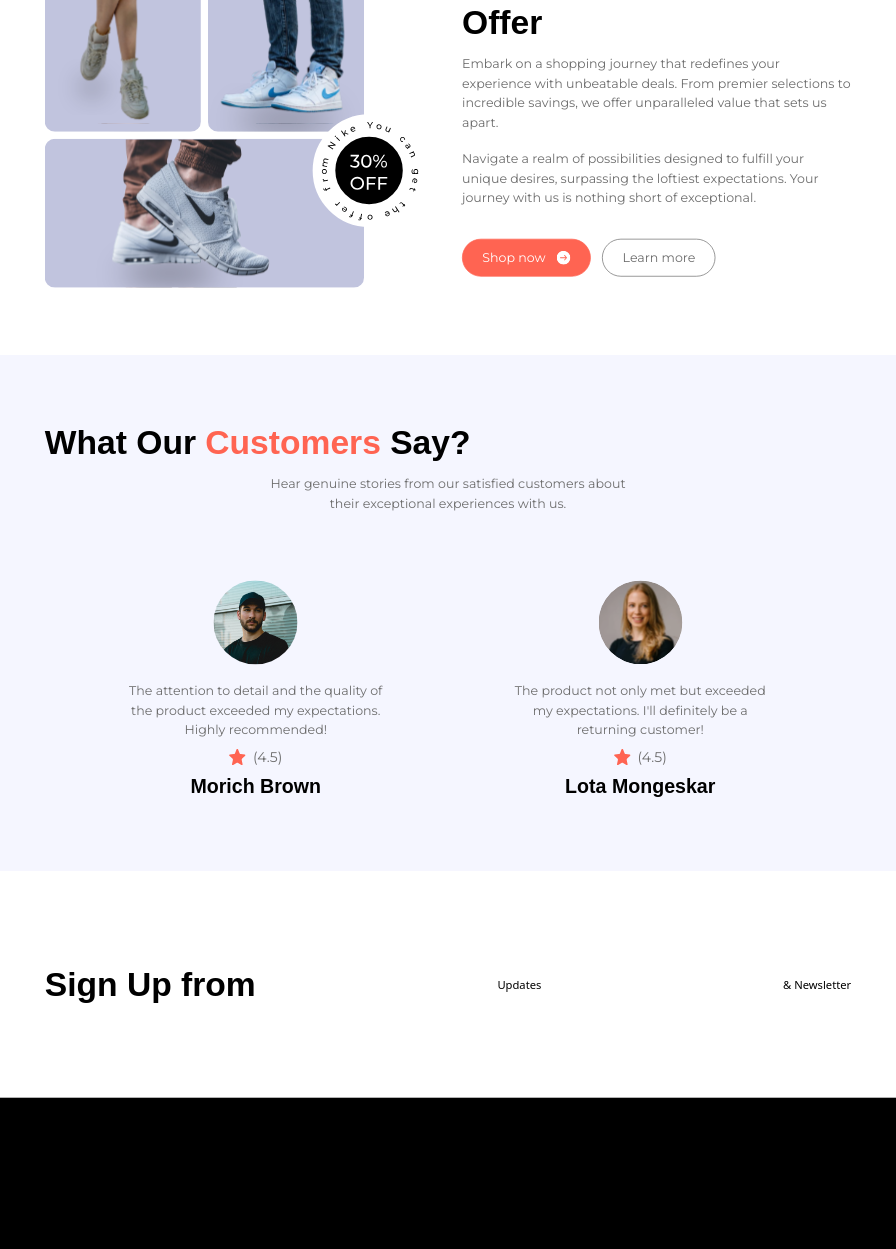
Repository: YiWang24/Nike
Page: /
An editor plug-in stored every save of this project. The page is shown before and after the next save, followed by the edit.
The browser window is 1280 px wide. The pictures show the part of the page from y = 2943 to 4863 px (the page is 4727 px tall before and 4863 px after), at 70% of full size.
Some web fonts or font styles are not loaded; a fallback is used. The project was rebuilt for these pictures with package versions that can differ from the ones it lists, and the page was loaded fresh each time. Also part of the build but not shown: vite.config.js.

Above is the page before, as saved 2024-10-27 23:56:54.

After the next save:
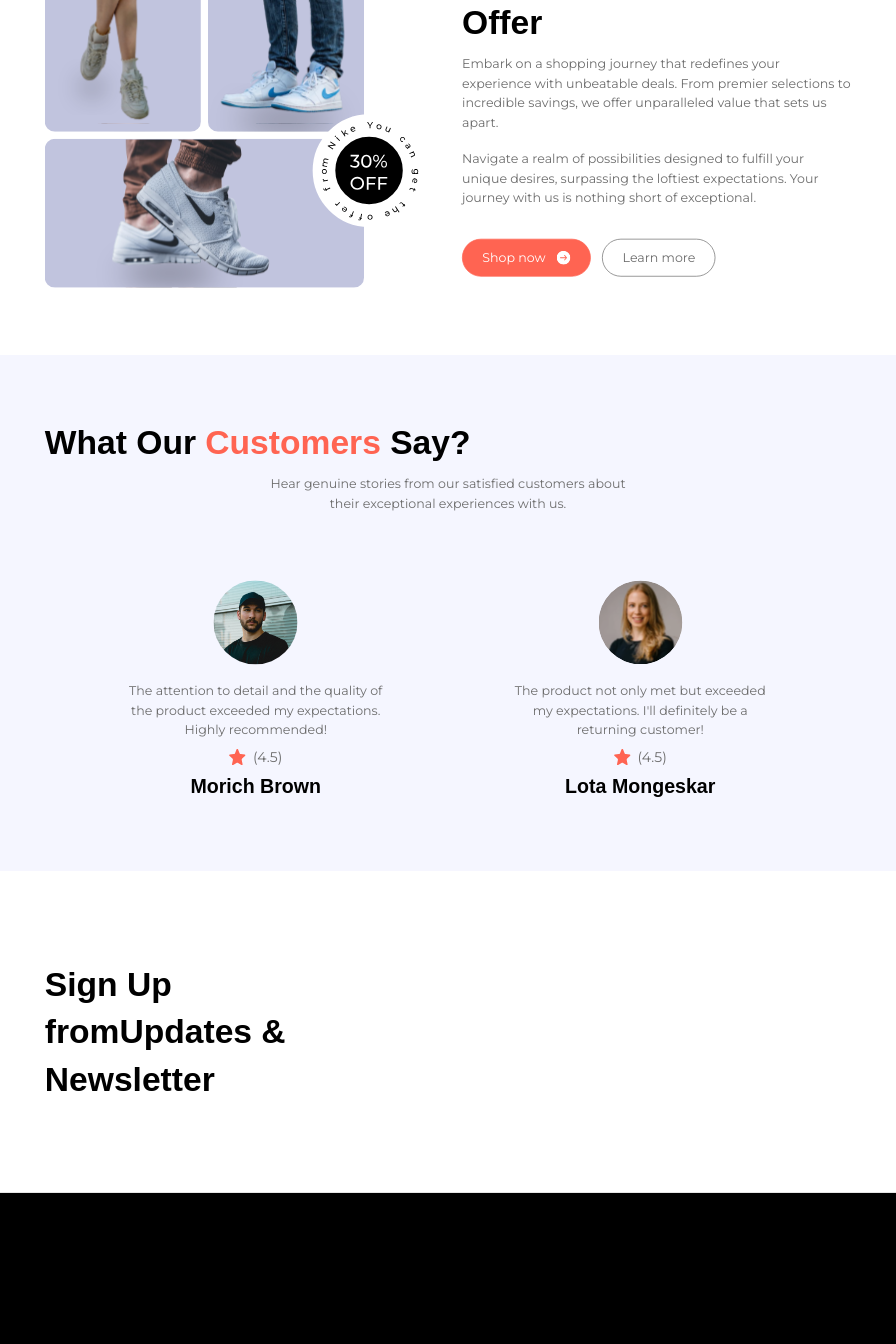
Saved 8 s later.
--- a/src/sections/Subscribe.jsx
+++ b/src/sections/Subscribe.jsx
@@ -1,12 +1,17 @@
-import React from 'react'
+import React from "react";
 
 const Subscribe = () => {
   return (
-    <section className='max-container flex justify-between items-center max-lg:flex-col gap-10' id="contact-us">
-      <h3 className="text-4xl leading-[68px] lg:max-w-md font-palanquin font-bold">Sign Up from</h3>
-      <span>Updates</span> & Newsletter
+    <section
+      className="max-container flex justify-between items-center max-lg:flex-col gap-10"
+      id="contact-us"
+    >
+      <h3 className="text-4xl leading-[68px] lg:max-w-md font-palanquin font-bold">
+        Sign Up from
+        <span>Updates</span> & Newsletter
+      </h3>
     </section>
-  )
-}
+  );
+};
 
-export default Subscribe
+export default Subscribe;
